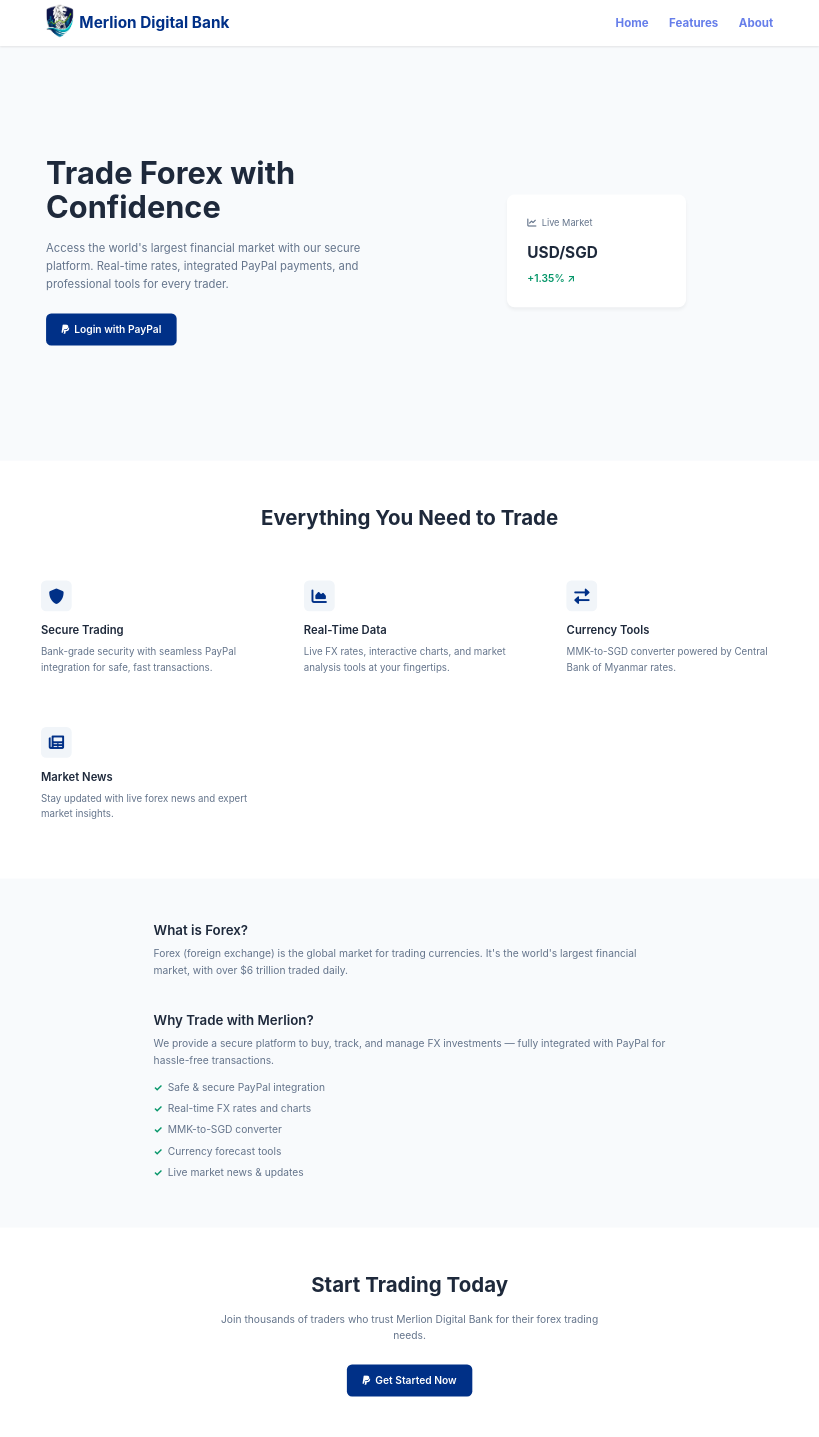
Repository: MayThetNaingBo/MerlionFX-app
Page: http://localhost/
These files come from the project's save history. The page is drawn as it stood at one moment and after a run of saves; the edit follows.
The browser window is 1280 px wide. The pictures show the whole page, at 64% of full size.
The page is served by the project's application, run on Flask 3 (app.py).

Above is the page before, as saved 2025-08-07 23:50:20.

### templates/index.html
<!DOCTYPE html>
<html lang="en">
<head>
    <meta charset="UTF-8">
    <meta name="viewport" content="width=device-width, initial-scale=1.0">
    <title>Merlion Digital Bank - Forex Trading Platform</title>
    <link href="https://cdnjs.cloudflare.com/ajax/libs/font-awesome/6.0.0/css/all.min.css" rel="stylesheet">
    <style>
        * {
            margin: 0;
            padding: 0;
            box-sizing: border-box;
        }

        body {
            font-family: -apple-system, BlinkMacSystemFont, 'Segoe UI', Roboto, sans-serif;
            line-height: 1.6;
            color: #333;
            background: #f8fafc;
        }

        /* Navigation */
        .navbar {
            background: white;
            padding: 1rem 0;
            box-shadow: 0 1px 3px rgba(0, 0, 0, 0.1);
            position: fixed;
            width: 100%;
            top: 0;
            z-index: 100;
        }

        .nav-container {
            max-width: 1200px;
            margin: 0 auto;
            padding: 0 2rem;
            display: flex;
            justify-content: space-between;
            align-items: center;
        }

        .logo-container {
            display: flex;
            align-items: center;
            gap: 0.75rem;
        }

        .logo-icon {
            width: 40px;
            height: 40px;
            border-radius: 8px;
            display: flex;
            align-items: center;
            justify-content: center;
            color: white;
            font-size: 1.5rem;
            font-weight: bold;
            padding-top: 5px;
        }

        .logo {
            font-size: 1.5rem;
            font-weight: 700;
            color: #003087;
        }

        .nav-links {
            display: flex;
            list-style: none;
            gap: 2rem;
        }

        .nav-links a {
            color: #667eea;
            text-decoration: none;
            font-weight: 700;
            transition: color 0.2s;
            font-size:large;
        }

        .nav-links a:hover {
            color: #003087;
        }

        /* Hero Section */
        .hero {
            padding: 8rem 2rem 4rem;
            max-width: 1200px;
            margin: 0 auto;
            display: grid;
            grid-template-columns: 1fr 1fr;
            gap: 2rem;
            align-items: center;
            min-height: 100vh;
        }

        .hero-content h1 {
            font-size: 3rem;
            font-weight: 700;
            color: #1e293b;
            margin-bottom: 1.5rem;
            line-height: 1.1;
        }

        .hero-content p {
            font-size: 1.1rem;
            color: #64748b;
            margin-bottom: 2rem;
        }

        .cta-button {
            display: inline-flex;
            align-items: center;
            gap: 0.5rem;
            background: #003087;
            color: white;
            padding: 0.75rem 1.5rem;
            border: none;
            border-radius: 8px;
            font-weight: 600;
            text-decoration: none;
            transition: all 0.2s;
        }

        .cta-button:hover {
            background: #002060;
            transform: translateY(-1px);
            color: white;
        }

        .hero-visual {
            display: flex;
            justify-content: center;
            gap: 1.5rem;
            flex-wrap: wrap;
        }

        .card {
            background: white;
            padding: 2rem;
            border-radius: 12px;
            box-shadow: 0 4px 6px rgba(0, 0, 0, 0.05);
            width: 280px;
        }

        .card-header {
            display: flex;
            align-items: center;
            gap: 0.5rem;
            margin-bottom: 1rem;
            color: #64748b;
            font-size: 0.9rem;
        }

        .currency-pair {
            font-size: 1.5rem;
            font-weight: 700;
            color: #1e293b;
            margin-bottom: 0.5rem;
        }

        .price-change {
            color: #059669;
            font-weight: 600;
        }

        .logo-card {
            background: linear-gradient(135deg, #003087, #0066cc);
            color: white;
            display: flex;
            flex-direction: column;
            align-items: center;
            justify-content: center;
            text-align: center;
            position: relative;
            overflow: hidden;
        }

        .logo-card::before {
            content: '';
            position: absolute;
            top: -50%;
            right: -50%;
            width: 100%;
            height: 100%;
            background: rgba(255, 255, 255, 0.1);
            border-radius: 50%;
            transform: rotate(45deg);
        }

        .hero-logo-icon {
            font-size: 3rem;
            font-weight: bold;
            margin-bottom: 1rem;
            z-index: 2;
            position: relative;
        }

        .hero-logo-text {
            font-size: 1.2rem;
            font-weight: 600;
            margin-bottom: 0.5rem;
            z-index: 2;
            position: relative;
        }

        .hero-logo-tagline {
            font-size: 0.9rem;
            opacity: 0.9;
            z-index: 2;
            position: relative;
        }

        /* Features Section */
        .features {
            padding: 4rem 2rem;
            background: white;
        }

        .features-container {
            max-width: 1200px;
            margin: 0 auto;
            text-align: center;
        }

        .features h2 {
            font-size: 2rem;
            font-weight: 700;
            color: #1e293b;
            margin-bottom: 3rem;
        }

        .features-grid {
            display: grid;
            grid-template-columns: repeat(auto-fit, minmax(280px, 1fr));
            gap: 2rem;
        }

        .feature {
            padding: 1.5rem;
            text-align: left;
        }

        .feature-icon {
            width: 48px;
            height: 48px;
            background: #f1f5f9;
            border-radius: 8px;
            display: flex;
            align-items: center;
            justify-content: center;
            margin-bottom: 1rem;
            color: #003087;
            font-size: 1.5rem;
        }

        .feature h3 {
            font-size: 1.1rem;
            font-weight: 600;
            color: #1e293b;
            margin-bottom: 0.5rem;
        }

        .feature p {
            color: #64748b;
            font-size: 0.95rem;
        }

        /* Info Section */
        .info-section {
            padding: 4rem 2rem;
            background: #f8fafc;
        }

        .info-container {
            max-width: 800px;
            margin: 0 auto;
        }

        .info-grid {
            display: grid;
            gap: 2rem;
        }

        .info-item h3 {
            font-size: 1.3rem;
            font-weight: 600;
            color: #1e293b;
            margin-bottom: 0.5rem;
        }

        .info-item p {
            color: #64748b;
            margin-bottom: 1rem;
        }

        .benefits-list {
            list-style: none;
            padding: 0;
        }

        .benefits-list li {
            display: flex;
            align-items: center;
            gap: 0.5rem;
            margin-bottom: 0.5rem;
            color: #64748b;
        }

        .benefits-list li::before {
            content: "✓";
            color: #059669;
            font-weight: bold;
        }

        /* CTA Section */
        .cta-section {
            padding: 4rem 2rem;
            background: white;
            text-align: center;
        }

        .cta-section h2 {
            font-size: 2rem;
            font-weight: 700;
            color: #1e293b;
            margin-bottom: 1rem;
        }

        .cta-section p {
            color: #64748b;
            margin-bottom: 2rem;
            max-width: 600px;
            margin-left: auto;
            margin-right: auto;
        }

        /* Responsive */
        @media (max-width: 768px) {
            .hero {
                grid-template-columns: 1fr;
                gap: 4rem;
                text-align: center;
                padding: 30rem 2rem 4rem;
            }

            .hero-content h1 {
                font-size: 2.5rem;
                gap: 3rem;
            }

            .nav-links {
                display: none;
            }

            .features-grid {
                grid-template-columns: 1fr;
            }

            .logo {
                font-size: 1.3rem;
            }

            .logo-icon {
                width: 35px;
                height: 35px;
                font-size: 1.2rem;
            }
        }
    </style>
</head>
<body>
    <!-- Navigation -->
    <nav class="navbar">
        <div class="nav-container">
            <div class="logo-container">
                <div class="logo-icon"><img src="../static/images/Merlion.png" style="width: 250%; height: 250%;"></div>
                <div class="logo">Merlion Digital Bank</div>
            </div>
            <ul class="nav-links">
                <li><a href="#home">Home</a></li>
                <li><a href="#features">Features</a></li>
                <li><a href="#about">About</a></li>
            </ul>
        </div>
    </nav>

    <!-- Hero Section -->
    <section class="hero" id="home">
        <div class="hero-content">
            <h1>Trade Forex with Confidence</h1>
            <p>Access the world's largest financial market with our secure platform. Real-time rates, integrated PayPal payments, and professional tools for every trader.</p>
            <a href="/login" class="cta-button">
                <i class="fab fa-paypal"></i>
                Login with PayPal
            </a>
        </div>
        <div class="hero-visual">
            <div class="card">
                <div class="card-header">
                    <i class="fas fa-chart-line"></i>
                    <span>Live Market</span>
                </div>
                <div class="currency-pair">USD/SGD</div>
                <div class="price-change">+1.35% ↗</div>
            </div>
        </div>
    </section>

    <!-- Features Section -->
    <section class="features" id="features">
        <div class="features-container">
            <h2>Everything You Need to Trade</h2>
            <div class="features-grid">
                <div class="feature">
                    <div class="feature-icon">
                        <i class="fas fa-shield-alt"></i>
                    </div>
                    <h3>Secure Trading</h3>
                    <p>Bank-grade security with seamless PayPal integration for safe, fast transactions.</p>
                </div>

                <div class="feature">
                    <div class="feature-icon">
                        <i class="fas fa-chart-area"></i>
                    </div>
                    <h3>Real-Time Data</h3>
                    <p>Live FX rates, interactive charts, and market analysis tools at your fingertips.</p>
                </div>

                <div class="feature">
                    <div class="feature-icon">
                        <i class="fas fa-exchange-alt"></i>
                    </div>
                    <h3>Currency Tools</h3>
                    <p>MMK-to-SGD converter powered by Central Bank of Myanmar rates.</p>
                </div>

                <div class="feature">
                    <div class="feature-icon">
                        <i class="fas fa-newspaper"></i>
                    </div>
                    <h3>Market News</h3>
                    <p>Stay updated with live forex news and expert market insights.</p>
                </div>
            </div>
        </div>
    </section>

    <!-- Info Section -->
    <section class="info-section" id="about">
        <div class="info-container">
            <div class="info-grid">
                <div class="info-item">
                    <h3>What is Forex?</h3>
                    <p>Forex (foreign exchange) is the global market for trading currencies. It's the world's largest financial market, with over $6 trillion traded daily.</p>
                </div>

                <div class="info-item">
                    <h3>Why Trade with Merlion?</h3>
                    <p>We provide a secure platform to buy, track, and manage FX investments — fully integrated with PayPal for hassle-free transactions.</p>

                    <ul class="benefits-list">
                        <li>Safe & secure PayPal integration</li>
                        <li>Real-time FX rates and charts</li>
                        <li>MMK-to-SGD converter</li>
                        <li>Currency forecast tools</li>
                        <li>Live market news & updates</li>
                    </ul>
                </div>
            </div>
        </div>
    </section>

    <!-- CTA Section -->
    <section class="cta-section">
        <h2>Start Trading Today</h2>
        <p>Join thousands of traders who trust Merlion Digital Bank for their forex trading needs.</p>
        <a href="/login" class="cta-button">
            <i class="fab fa-paypal"></i>
            Get Started Now
        </a>
    </section>

    <script>
        // Simple scroll effect for navbar
        window.addEventListener('scroll', function() {
            const navbar = document.querySelector('.navbar');
            if (window.scrollY > 50) {
                navbar.style.boxShadow = '0 2px 10px rgba(0, 0, 0, 0.1)';
            } else {
                navbar.style.boxShadow = '0 1px 3px rgba(0, 0, 0, 0.1)';
            }
        });
    </script>
</body>
</html>

Loaded but not shown: app.py (787 lines, source omitted)

After the next 2 saves:
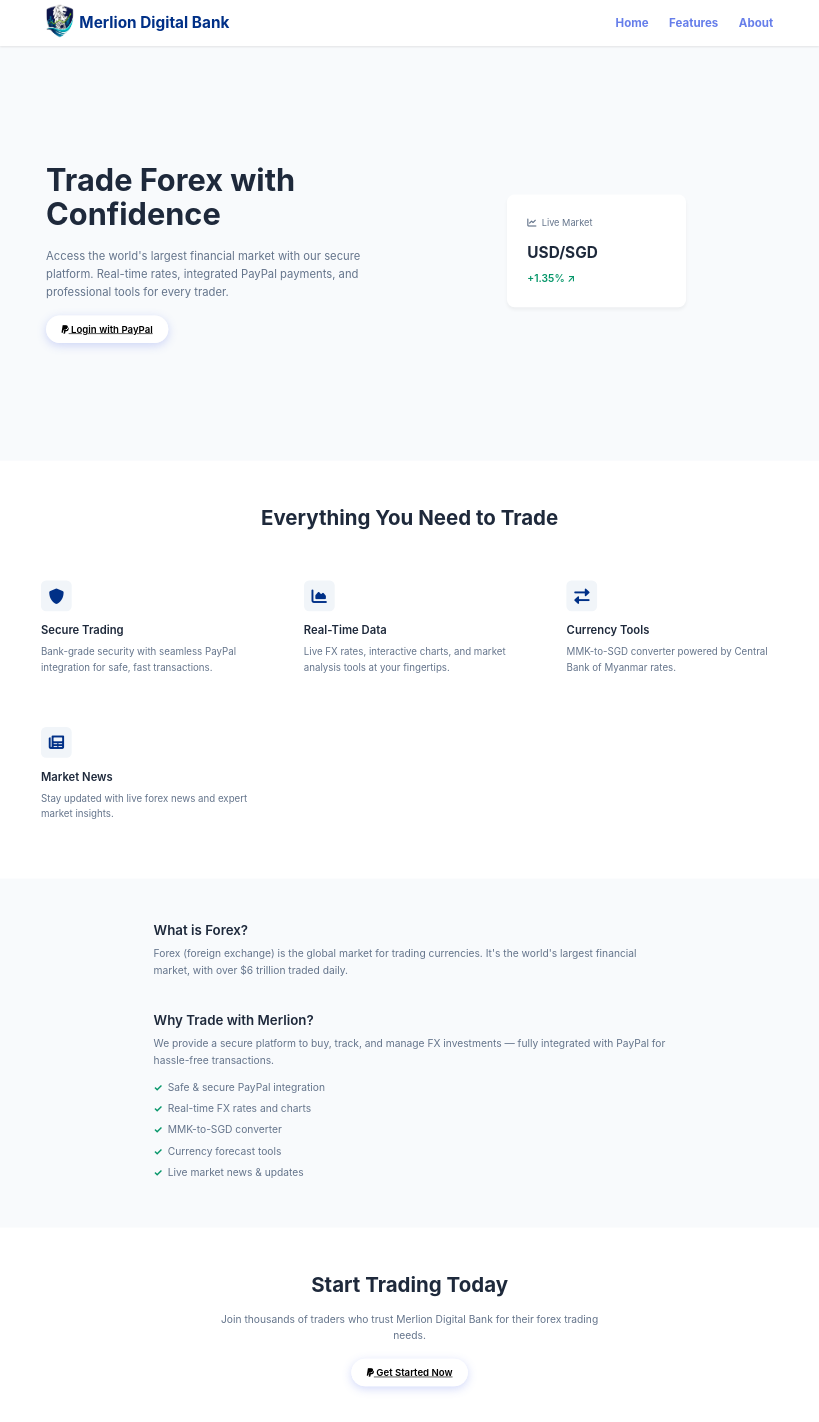
The 2 saves are shown as one change because they came seconds apart.
The last was saved 2 min 43 s later.
--- a/templates/index.html
+++ b/templates/index.html
@@ -109,7 +109,7 @@
         }
 
         .cta-button {
-            display: inline-flex;
+            /* display: inline-flex;
             align-items: center;
             gap: 0.5rem;
             background: #003087;
@@ -119,7 +119,19 @@
             border-radius: 8px;
             font-weight: 600;
             text-decoration: none;
-            transition: all 0.2s;
+            transition: all 0.2s; */
+            font-size: 15px;
+      padding: 12px 24px;
+      background: white;
+      border: none;
+      border-radius: 50px;
+      cursor: pointer;
+      color: black;
+      font-weight: 600;
+      transition: all 0.3s ease;
+      box-shadow: 0 4px 15px rgba(102, 126, 234, 0.3);
+      position: relative;
+      overflow: hidden;
         }
 
         .cta-button:hover {
